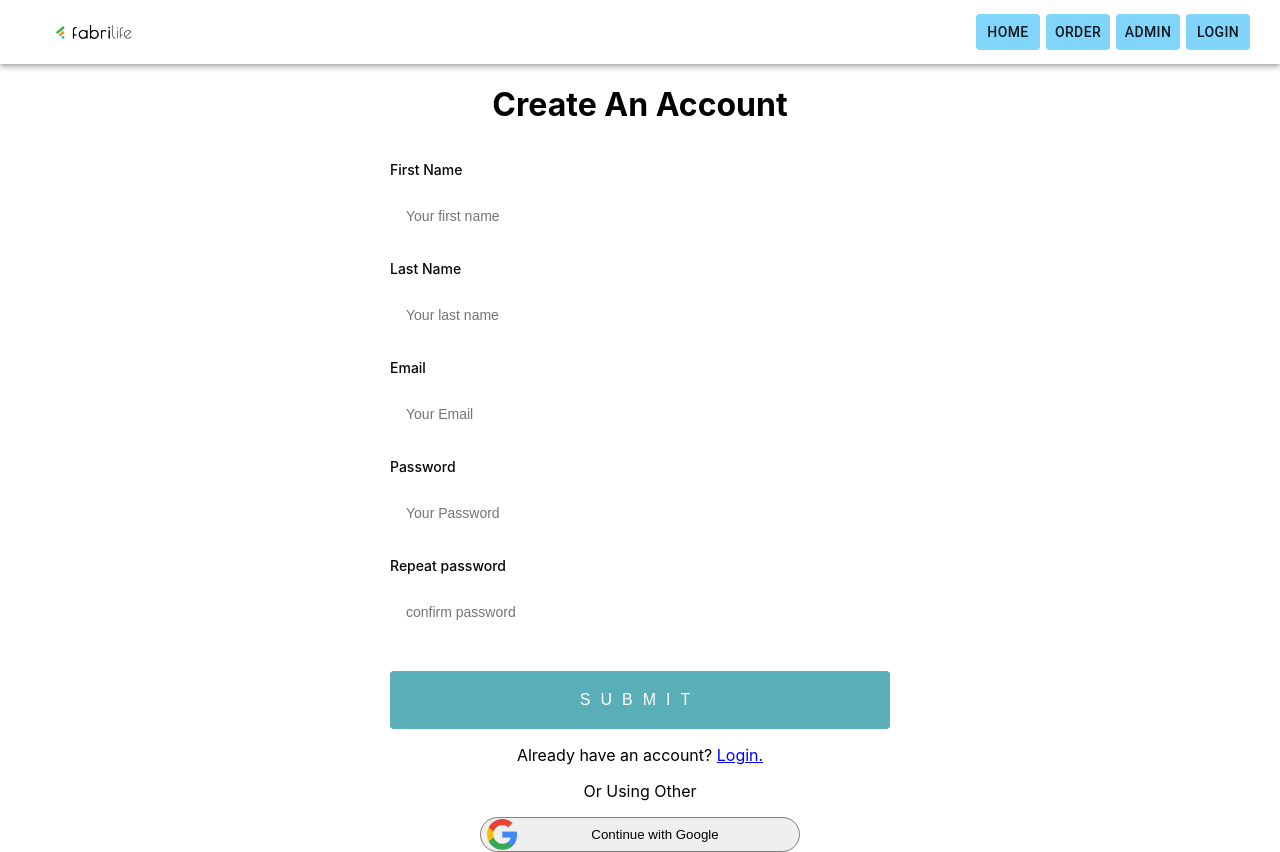
Repository: arif286/fabrilife-E-commerce-client-site
Page: /login
These files come from the project's save history. The page is drawn as it stood at one moment and after the next save; the edit follows.
The browser window is 1280 px wide. The pictures show the whole page.
The project was rebuilt for these pictures with package versions that can differ from the ones it lists, and the page was loaded fresh each time. Also part of the build but not shown: src/components/Admin/Admin.css, src/components/Admin/AddEvent/AddEvent.css, src/components/Admin/AddEvent/AddEvent.js, src/components/Admin/ProductManage/ProductManage.js, src/components/Admin/Sidebar/Sidebar.css, src/components/Admin/Sidebar/Sidebar.js, src/components/Admin/Admin.js, src/components/CheckOut/CheckOut.css and 13 more.

Above is the page before, as saved 2021-04-01 03:18:42.

### src/App.js
import React, { createContext, useState } from "react";
import { BrowserRouter as Router, Route, Switch } from "react-router-dom";
import Admin from "./components/Admin/Admin";
import CheckOut from "./components/CheckOut/CheckOut";
import Header from "./components/Header/Header";
import Home from "./components/Home/Home";
import Login from "./components/Login/Login";
import NoMatch from "./components/NoMatch/NoMatch";
import Order from "./components/Order/Order";
import PrivateRoute from "./components/PrivateRoute/PrivateRoute";

export const UserContext = createContext()

function App() {
  const [loggedInUser, setLoggedInUser] = useState({});
  return (
    <UserContext.Provider value={[loggedInUser, setLoggedInUser]}>
      <Router>
        <Header />
        <Switch>
          <Route path="/home">
            <Home />
          </Route>
          <PrivateRoute path="/admin">
            <Admin/>
          </PrivateRoute>
          <PrivateRoute path="/productDetails/:id">
            <CheckOut />
          </PrivateRoute>
          <PrivateRoute path='/order'>
            <Order/>
          </PrivateRoute>
          <Route path="/login">
            <Login />
          </Route>
          <Route exact path="/">
            <Home />
          </Route>
          <Route path="*">
            <NoMatch />
          </Route>
        </Switch>
      </Router>
    </UserContext.Provider>
  );
}

export default App;

### src/components/Header/Header.js
import AppBar from "@material-ui/core/AppBar";
import Button from "@material-ui/core/Button";
import { createMuiTheme, makeStyles } from "@material-ui/core/styles";
import Toolbar from "@material-ui/core/Toolbar";
import Typography from "@material-ui/core/Typography";
import React from "react";
import { NavLink } from "react-router-dom";
import logo from "../../tshirt-shop/logos/fabrilife.svg";
import "./Header.css";



const theme = createMuiTheme({
  palette: {
    primary: {
      light: "#757ce8",
      main: "#3f50b5",
      dark: "#002884",
      contrastText: "#fff",
    },
    secondary: {
      main: "#4fc3f7",
    },
  },
});
const useStyles = makeStyles((theme) => ({
  root: {
    flexGrow: 1,
  },
  menuButton: {
    marginRight: theme.spacing(2),
  },
  title: {
    flexGrow: 1,
  },
  navbar: {
    backgroundColor: "white",
  },
  button: {
    backgroundColor: "#81d4fa",
    marginRight: '6px'
  },
}));

const Header = () => {
  const classes = useStyles();

  return (
    <div className={classes.root}>
      <AppBar className={classes.navbar} position="static">
        <Toolbar>
          <img
            style={{ width: "80px", marginLeft: "30px" }}
            src={logo}
            alt=""
          />
          <Typography variant="h6" className={classes.title}></Typography>
          <NavLink className="header-link" to="/home">
            <Button className={classes.button}>Home</Button>
          </NavLink>
          <NavLink className="header-link" to="/order">
            <Button className={classes.button}>Order</Button>
          </NavLink>
          <NavLink className="header-link" to="/admin">
            <Button className={classes.button}>Admin</Button>
          </NavLink>
          <NavLink className="header-link" to="/login">
            <Button className={classes.button}>Login</Button>
          </NavLink>
        </Toolbar>
      </AppBar>
    </div>
  );
};

export default Header;

### src/components/Login/Login.js
import React, { useContext, useRef, useState } from "react";
import { useForm } from "react-hook-form";
import { useHistory, useLocation } from "react-router-dom";
import { UserContext } from "../../App";
import Google from "../../tshirt-shop/logos/Group 573.png";
import "./Login.css";
import {
  createUserWithEmailAndPassword,
  handleGoogleSingIn,
  initializeLoginFirebase,
  signInWithEmailAndPassword
} from "./LoginManager";

const Login = () => {
  const [loggedInUser, setLoggedInUser] = useContext(UserContext);
  const [user, setUser] = useState(true);

  initializeLoginFirebase();
  const { register, handleSubmit, errors, watch } = useForm();
  const password = useRef({});
  password.current = watch("password", "");

  let history = useHistory();
  let location = useLocation();
  let { from } = location.state || { from: { pathname: "/" } };

  const onSubmit = (data) => {
    if (data.firstName) {
      const { firstName, lastName, email, password } = data;
      const fullName = `${firstName} ${lastName}`;

      createUserWithEmailAndPassword(email, password, fullName)
        .then((res) => {
          handleResponse(res, true);
        })
        .catch((error) => {
          handleResponse(error, false);
        });
    } else {
      const { email, password } = data;
      signInWithEmailAndPassword(email, password)
        .then((res) => {
          handleResponse(res, true);
        })
        .catch((error) => {
          handleResponse(error, false);
        });
    }
  };

  const handleGoogleLogin = () => {
    handleGoogleSingIn()
      .then((res) => {
        setLoggedInUser(res);
        history.replace(from);
      })
      .catch((error) => {
        setLoggedInUser(error);
      });
  };

  const handleResponse = (res, redirect) => {
    const { email, displayName, photoURL, phoneNumber, success, error } = res;
    const newUserInfo = {
      email: email,
      name: displayName,
      photo: photoURL,
      phone: phoneNumber,
      success: success,
      error: error,
    };
    setLoggedInUser(newUserInfo);
    if (redirect) {
      history.replace(from);
    }
  };
  return (
    <div className='login-page'>
      {user ? (
        <div>
          <h1 className="form-header"> Create An Account</h1>
          <form className="form-submit" onSubmit={handleSubmit(onSubmit)}>
            <label htmlFor="firstName">First Name</label>
            <input
              name="firstName"
              placeholder="Your first name"
              ref={register({
                validate: (value) => value.length > 3,
                required: true,
              })}
            />
            {errors.firstName && (
              <p>Your first name is less than 3 characters</p>
            )}
            <label htmlFor="lastName">Last Name</label>
            <input
              name="lastName"
              placeholder="Your last name"
              ref={register({
                validate: (value) => value.length > 2,
                required: true,
              })}
            />
            {errors.lastName && <p>Your last name is less than 2 characters</p>}
            <label htmlFor="email">Email</label>
            <input
              name="email"
              placeholder="Your Email"
              type="email"
              ref={register({
                required: true,
                pattern: /^(([^<>()[\]\\.,;:\s@"]+(\.[^<>()[\]\\.,;:\s@"]+)*)|(".+"))@((\[[0-9]{1,3}\.[0-9]{1,3}\.[0-9]{1,3}\.[0-9]{1,3}\])|(([a-zA-Z\-0-9]+\.)+[a-zA-Z]{2,}))$/,
              })}
            />
            {errors.email && <p>Your email is invalid</p>}
            <label>Password</label>
            <input
              name="password"
              placeholder="Your Password"
              type="password"
              ref={register({
                required: "You must specify a password",
                pattern: /^(?=.*\d)(?=.*[a-z])(?=.*[A-Z]).{6,20}$/,
              })}
            />
            {errors.password && (
              <p>
                password between 6 to 20 characters which contain one numeric
                digit one uppercase and one lowercase letter
              </p>
            )}
            <label>Repeat password</label>
            <input
              name="password_repeat"
              type="password"
              placeholder="confirm password"
              ref={register({
                validate: (value) =>
                  value === password.current || "The passwords do not match",
              })}
            />
            {errors.password_repeat && <p>{errors.password_repeat.message}</p>}
            <input type="submit" />
            {loggedInUser.error && <p>{loggedInUser.error}</p>}
          </form>
          <p style={{ textAlign: "center" }}>
            Already have an account?{" "}
            <small className="toggle-signIn" onClick={() => setUser(!user)}>
              Login.
            </small>
          </p>
        </div>
      ) : (
        <div>
          <form className="form-submit" onSubmit={handleSubmit(onSubmit)}>
            <h1>Log In</h1>
            <label>Email</label>
            <input
              name="email"
              type="email"
              placeholder="Your email"
              ref={register({
                required: "You must fill",
              })}
            />

            <label>Password</label>
            <input
              name="password"
              type="password"
              placeholder="Your password"
              ref={register}
            />
            <input type="submit" value="Login" />
            {!loggedInUser.success && <p>{loggedInUser.error}</p>}
          </form>
          <p style={{ textAlign: "center" }}>
            Don't have an account?{" "}
            <small className="toggle-signIn" onClick={() => setUser(!user)}>
              Create an account
            </small>
          </p>
        </div>
      )}
      <div style={{ textAlign: "center" }}>
        <p>Or Using Other</p>
        <button onClick={() => handleGoogleLogin()} className="login-btn">
          <img src={Google} alt="" />{" "}
          <p className="login-title">Continue with Google</p>
        </button>
      </div>
    </div>
  );
};

export default Login;

### src/components/Header/Header.css
.header-link {
  text-decoration: none;
  color: white;
}

### src/components/Login/Login.css
.form-submit {
  max-width: 500px;
  margin: 0 auto;
}

.form-header {
  /* font-weight: 100; */
  text-align: center;
  padding-bottom: 10px;
}

.form {
  max-width: 400px;
  margin: 0 auto;
}

.form-submit p {
  color: #bf1650;
}

.form-submit p::before {
  display: inline;
  content: "⚠ ";
}

.form-submit input {
  display: block;
  box-sizing: border-box;
  width: 100%;
  border-radius: 4px;
  border: 1px solid white;
  padding: 10px 15px;
  margin-bottom: 10px;
  font-size: 14px;
}

.form-submit label {
  line-height: 2;
  text-align: left;
  display: block;
  margin-bottom: 13px;
  margin-top: 20px;
  color: #080707;
  font-size: 14px;
  font-weight: 500;
}

button[type="submit"],
.form-submit input[type="submit"] {
  background: #59aeb7;
  color: white;
  text-transform: uppercase;
  border: none;
  margin-top: 40px;
  padding: 20px;
  font-size: 16px;
  font-weight: 100;
  letter-spacing: 10px;
}

button[type="submit"]:hover,
.form-submit input[type="submit"]:hover {
  background: #407982;
}

.login-btn {
  display: flex;
  width: 320px;
  border-radius: 50px;
  border: 0.5px solid gray;
  outline: none;
  margin: auto;
}
.login-btn img {
  width: 30px;
}
.login-title {
  margin: auto;
  font-weight: 500;
}

.toggle-signIn {
  text-decoration: underline;
  color: blue;
  font-size: 16px;
  cursor: pointer;
}

### src/components/Login/LoginManager.js
import firebase from "firebase/app";
import "firebase/auth";
import firebaseConfig from "./firebase.config";

export const initializeLoginFirebase = () => {
  if (firebase.apps.length === 0) {
    firebase.initializeApp(firebaseConfig);
  }
};

export const handleGoogleSingIn = () => {
  const googleProvider = new firebase.auth.GoogleAuthProvider();
  return firebase
    .auth()
    .signInWithPopup(googleProvider)
    .then((res) => {
      console.log(res);
      const { displayName, email, photoURL, phoneNumber } = res.user;
      const singedUser = {
        isSignedIn: true,
        name: displayName,
        email: email,
        password: "",
        success: true,
        photo: photoURL,
        phone: phoneNumber,
      };
      return singedUser;
    })
    .catch((err) => {
      return err.message;
    });
};

export const createUserWithEmailAndPassword = (email, password, fullName) => {
  return firebase
    .auth()
    .createUserWithEmailAndPassword(email, password)
    .then((res) => {
      updateUserName(fullName);
      const newUserInfo = res.user;
      newUserInfo.error = "";
      newUserInfo.success = true;
      return newUserInfo;
    })
    .catch((error) => {
      const newUserInfo = {};
      newUserInfo.error = error.message;
      newUserInfo.success = false;
      return newUserInfo;
    });
};
export const signInWithEmailAndPassword = (email, password) => {
  return firebase
    .auth()
    .signInWithEmailAndPassword(email, password)
    .then((res) => {
      const newUserInfo = res.user;
      newUserInfo.error = "";
      newUserInfo.success = true;
      return newUserInfo;
    })
    .catch((error) => {
      const newUserInfo = {};
      newUserInfo.error = error.message;
      newUserInfo.success = false;
      return newUserInfo;
    });
};

const updateUserName = (fullName) => {
  const user = firebase.auth().currentUser;

  user
    .updateProfile({
      displayName: fullName,
    })
    .then((res) => {
      console.log(res);
    })
    .catch((error) => {
      console.log(error);
    });
};

### src/components/Login/firebase.config.js
const firebaseConfig = {
  apiKey: "AIzaSyDqIaRIwb18STtYRX0tcGboiqc9RpZk4-s",
  authDomain: "fabri-life.firebaseapp.com",
  projectId: "fabri-life",
  storageBucket: "fabri-life.appspot.com",
  messagingSenderId: "1091354801513",
  appId: "1:1091354801513:web:347eb4c7d9a5ebaf39f9f8",
};
export default firebaseConfig;

Loaded but not shown: public/index.html (common file); src/index.js (common file); src/index.css (common file); src/reportWebVitals.js (common file); src/components/Shop/ShopCard/ShopCard.css (no stored copy; drawn as an empty file)

After the next save:
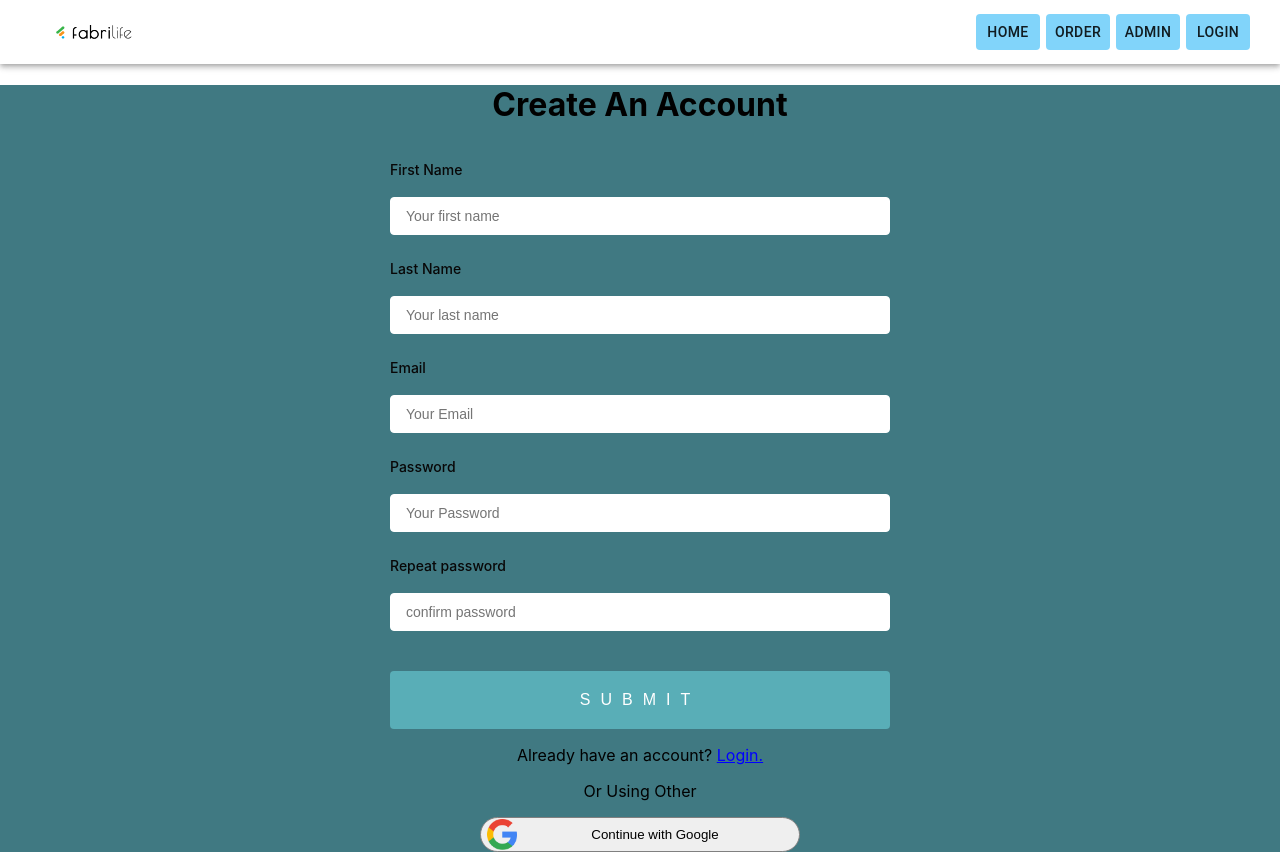
Saved 38 s later.
--- a/src/components/Login/Login.css
+++ b/src/components/Login/Login.css
@@ -85,3 +85,6 @@ button[type="submit"]:hover,
   font-size: 16px;
   cursor: pointer;
 }
+.login-page {
+  background-color: #407982;
+}
